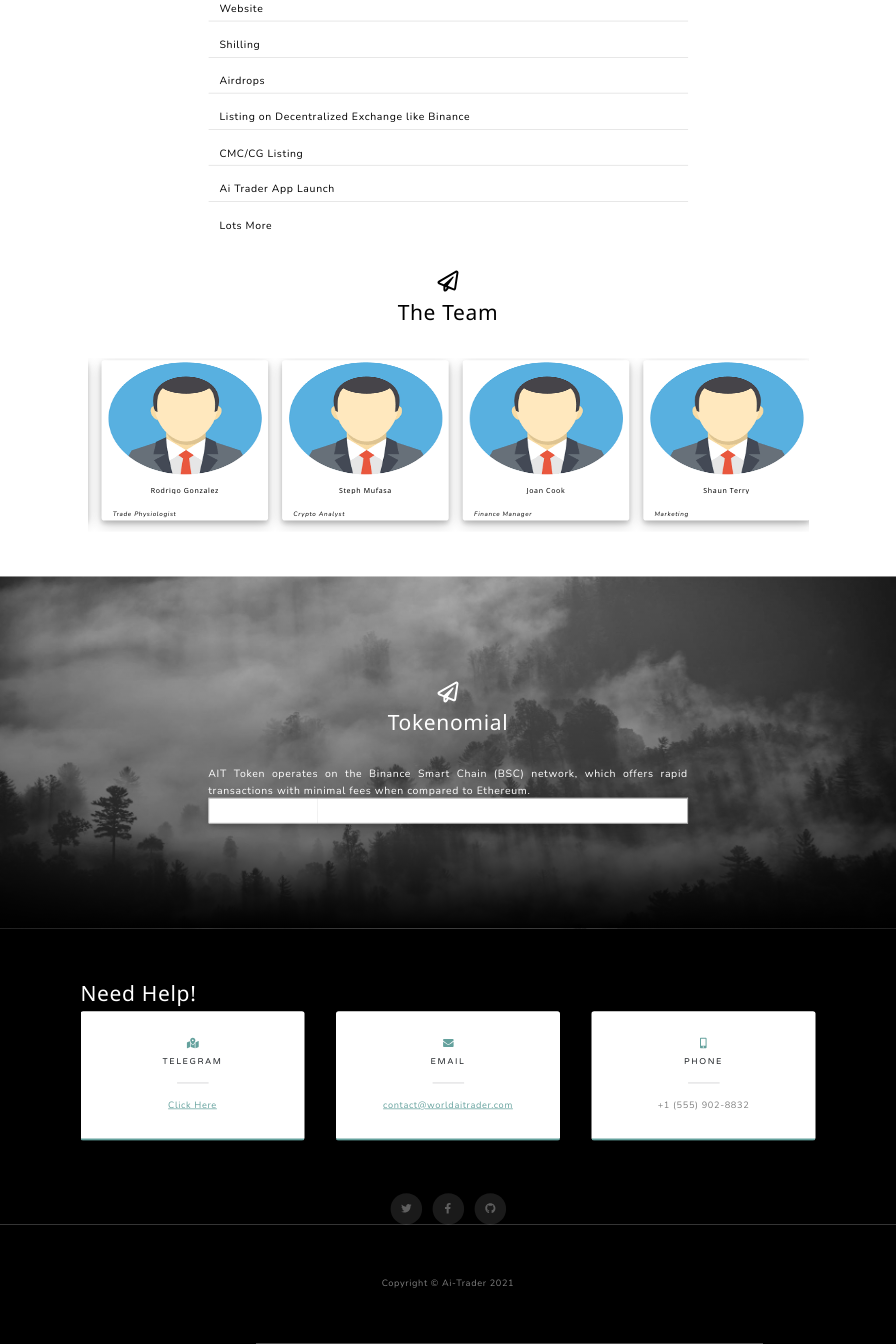
Repository: seyicoded/ico_one
Page: index.html
These files come from the project's save history. The page is drawn as it stood at one moment and after the next save; the edit follows.
The browser window is 1280 px wide. The pictures show the part of the page from y = 3301 to 5221 px (the page is 5221 px tall before and 5219 px after), at 70% of full size.

Above is the page before, as saved 2022-03-08 15:56:39.

After the next save:
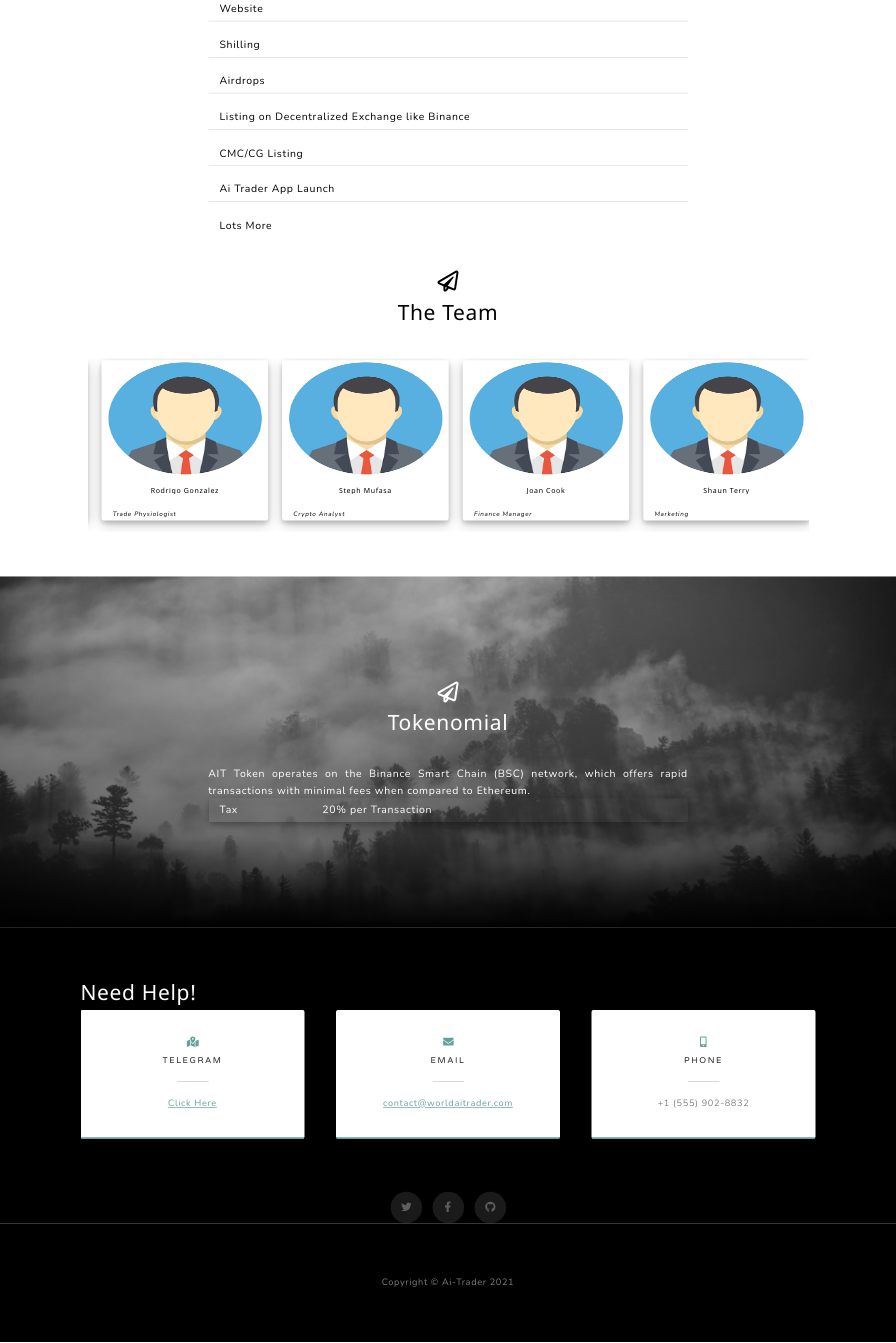
Saved 25 s later.
--- a/index.html
+++ b/index.html
@@ -313,7 +313,7 @@
                         <div style="color: white; text-align: justify;">
                             AIT Token operates on the Binance Smart Chain (BSC) network, which offers
                             rapid transactions with minimal fees when compared to Ethereum.
-                            <table class="w3-table w3-table-all w3-card-4" style="width: 100%;">
+                            <table class="w3-table w3-card-4" style="width: 100%;">
                                 <tr>
                                     <td>Tax</td>
                                     <td>20% per Transaction</td>
